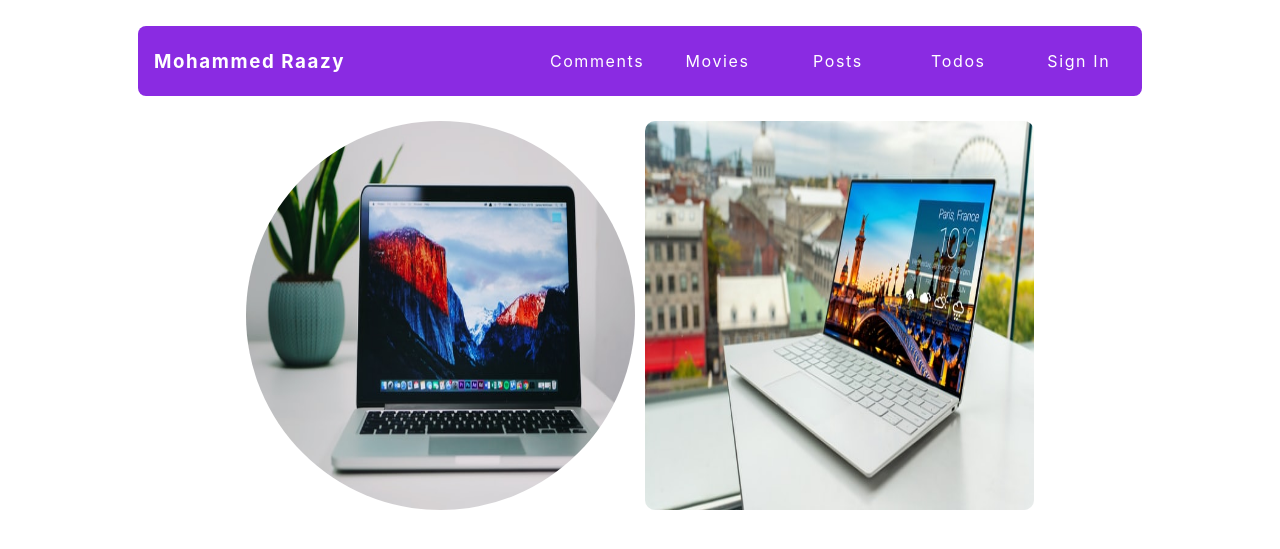
Repository: raazymuhd1/learn-nextjs
Page: /sass
The author's editor kept a copy of each file at every save. The page is drawn from the files as they stood at one save, then again after the next save.
The browser window is 1280 px wide. The pictures show the whole page.
The page's requests for data from a server got no answer. The project was rebuilt for these pictures with package versions that can differ from the ones it lists, and the page was loaded fresh each time. The framework's server and built-in components were replaced by stand-ins that run in the browser. No one was signed in, and anything a server would have sent is missing.

Above is the page before, as saved 2021-09-04 19:50:10.

### pages/_app.js
import Layout from '../components/Layout'
import '../styles/globals.css'
import { createStore } from "redux"
import { Provider } from "react-redux"

import Themes from "../globalStyle/theme"

import  allReducers from "../reducers"

const store = createStore(allReducers)

function MyApp({ Component, pageProps }) {
  return (
    <Provider store={store}>
          <Themes>
             <Layout>
                <Component {...pageProps} />
            </Layout>
          </Themes>
    </Provider>
  )

}

export default MyApp

### pages/sass/index.js
import React from 'react'
import styles from "../../styles/sass.module.scss"
import Image from "next/image"
import { lp1, lp2} from "../../public"

const Sass = () => {
    return (
        <div className={styles.container}>
             <Image className={styles.square} src={lp1} width={400} height={400} placeholder="blur" />
             <Image className={styles.circle}  src={lp2} width={400} height={400} placeholder="blur" />
        </div>
    )
}

export default Sass

### components/Layout/index.js
import React, { useEffect } from 'react'
import Head from 'next/head'
import { Container, Main } from '../global'
import Navbar from '../Navbar'

const Layout = ({ children }) => {

    return (
        <Container>
            <Navbar />
            <Head>
                <meta name="description" content="nextjs app" />
                <title> Big Next Project </title>
            </Head>

            <Main>
                { children }
            </Main>
        </Container>
    )
}

export default Layout

### globalStyle/theme.js
import { ThemeProvider } from "styled-components"

import theme from "./defualtThemes"

const Theme = ({ children }) => {
    return (
        <ThemeProvider theme={theme}>
             { children }
        </ThemeProvider>
    )
}

export default Theme

### reducers/index.js
import { combineReducers } from "redux"
import { movies } from './movies'

const allReducers =  combineReducers({
       movies,
})

export default allReducers;

### styles/sass.module.scss
@mixin images($circle: false) {
    border-radius: 10px;

    @if $circle {
        border-radius: 50%;
    }
}

.container {
    width: 80%;
    margin: 20px auto;
    display: grid;
    grid-template-columns: repeat(2, 1fr);
    gap: 10px;

    .square {
        @include images($circle: true)
    }

    .circle {
        @include images($circle: false)
    }
}

### public/index.js
import lp1 from "./laptop1.jpg"
import lp2 from "./laptop2.jpg"
import wp1 from "./workspace6.jpg"
import wp2 from "./workspace setup.jpg"

export { lp1, lp2, wp1, wp2 }

### components/global/index.js
import styled from 'styled-components'

export const Container = styled.div`
    padding: 10px;
    width: 80%;
    margin: 1rem auto;
`
export const Main = styled.main`
    padding: 5px 10px;
`

### components/Navbar/index.js
import { LI, Nav, UL, HeadingThree } from "./styles";
import Link from "next/link"
import { useSession, signIn, signOut } from "next-auth/client"

const Navbar = () => {
     const [session, loading] = useSession()

    return (
        <Nav>
             <HeadingThree> Mohammed Raazy </HeadingThree>
             <UL>
                 <Link href="/comment">
                     <LI> Comments </LI>
                 </Link>
                 <Link href="/movies">
                     <LI> Movies </LI>
                 </Link>
                 <Link href="/posts">
                     <LI> Posts </LI>
                 </Link>
                 <Link href="/todo">
                     <LI> Todos </LI>
                 </Link>
                 { !session &&
                        <LI onClick={() => signIn()}> Sign In </LI>
                  }
                  { session && !loading &&
                        <LI onClick={() => signOut() } > Sign Out </LI>
                  }
             </UL>
        </Nav>
    )
}

export default Navbar;

### globalStyle/defualtThemes.js
const themes = {
    colors: {
        bg: "blueviolet",
        fnColor: "#333"
    },

    breakpoints: {
        sm: "screen and (max-width: 640px)",
        md: "screen and (max-width: 768px)",
        lg: "screen and (max-width: 1024px)",
        xl: "screen and (max-width: 1280px)"
    }
}

export default themes;

### reducers/movies.js
const initialState = [
    { id: 1, name: "Avengers", price: "3k" },
]

export const movies =  (state = initialState, action) => {
     switch(action.type) {
         case "addMovie":
               return [ ...state, { name: action.name, price: action.price } ]
        default:
            return state
     }
}

### components/Navbar/styles.js
import styled from "styled-components"

export const Nav = styled.nav`
    padding: 5px 1rem;
    display: flex;
    align-items: center;
    justify-content: space-between;
    background:${({theme}) => theme.colors.bg } ;
    color: #fff;
    border-radius: 8px;
    letter-spacing: 0.1rem;

    @media ${({theme}) => theme.breakpoints.sm } {
         flex-direction: column;
         justify-content: center;
    }

`

export const HeadingThree = styled.h3`
    letter-spacing: 0.1rem;
`

export const UL = styled.div`
   display: grid;
   grid-template-columns: repeat(5, 1fr);
   justify-items: center;
   gap: 10px;
   cursor: pointer;

${'' /* small size */}
   @media ${({theme}) => theme.breakpoints.sm } {
       display: grid;
       grid-template-columns: repeat(3, 1fr);
       justify-items: center;
   }

   ${'' /* medium size */}
   @media ${({theme}) => theme.breakpoints.md} {
       margin-left: 1rem;
       grid-template-columns: repeat(3, 1fr);
   }
`

export const LI = styled.li`
    list-style: none;
    margin-left: 1rem;
`

Loaded but not shown: pages/_document.js (common file); styles/globals.css (common file)

After the next save:
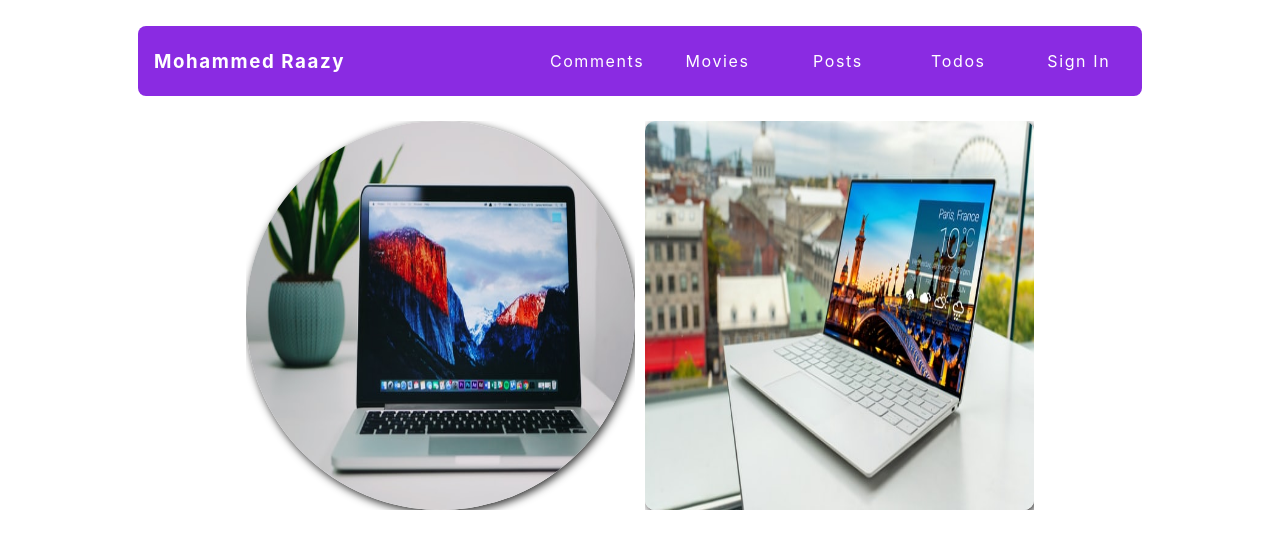
Saved 48 s later.
--- a/styles/sass.module.scss
+++ b/styles/sass.module.scss
@@ -1,5 +1,6 @@
 @mixin images($circle: false) {
     border-radius: 10px;
+    box-shadow: 2px 3px 8px #333 ;
 
     @if $circle {
         border-radius: 50%;
